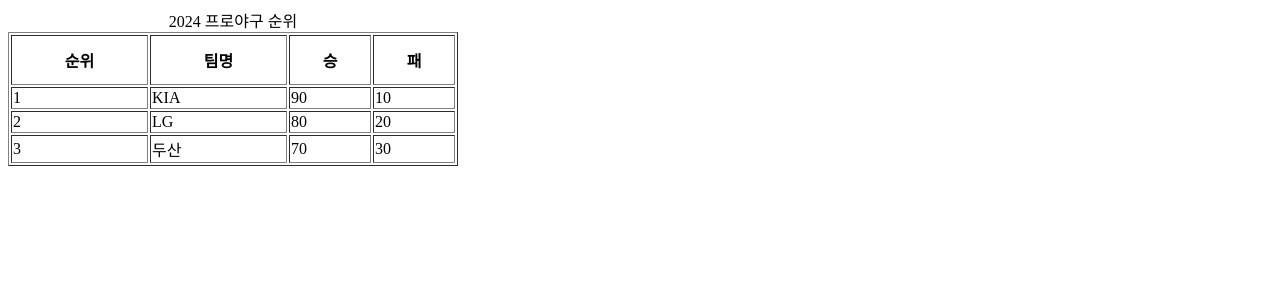
Repository: WonSeungUn/VSCODE
Page: web_work/Html/WebContent/table.html
An editor plug-in stored every save of this project. The page is shown before and after the next save, followed by the edit.
The browser window is 1280 px wide. The pictures show the whole page.

Above is the page before, as saved 2024-07-08 05:21:10.

### web_work/Html/WebContent/table.html
<!DOCTYPE html>
<html>
<head>
<meta charset="UTF-8">
<title>Insert title here</title>
</head>
<body>
	<table width="450" border="1">
		<caption>2024 프로야구 순위</caption>
		<thead>
			<tr height="50" align="center">
				<th>순위</th>
				<th>팀명</th>
				<th>승</th>
				<th>패</th>
			</tr>
		</thead>
		<tbody>
			<tr>
				<td>1</td>
				<td>KIA</td>
				<td>90</td>
				<td>10</td>
			</tr>
			<tr>
				<td>2</td>
				<td>LG</td>
				<td>80</td>
				<td>20</td>
			</tr>
			<tr>
				<td>3</td>
				<td>두산</td>
				<td>70</td>
				<td>30</td>
			</tr>
		</tbody>
	</table>
</body>
</html>

After the next save:
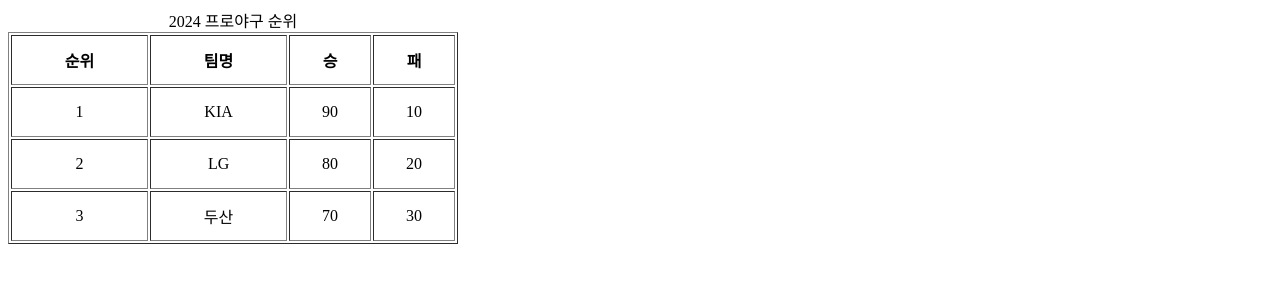
Saved 16 s later.
--- a/web_work/Html/WebContent/table.html
+++ b/web_work/Html/WebContent/table.html
@@ -16,19 +16,19 @@
 			</tr>
 		</thead>
 		<tbody>
-			<tr>
+			<tr height="50" align="center">
 				<td>1</td>
 				<td>KIA</td>
 				<td>90</td>
 				<td>10</td>
 			</tr>
-			<tr>
+			<tr height="50" align="center">
 				<td>2</td>
 				<td>LG</td>
 				<td>80</td>
 				<td>20</td>
 			</tr>
-			<tr>
+			<tr height="50" align="center">
 				<td>3</td>
 				<td>두산</td>
 				<td>70</td>
